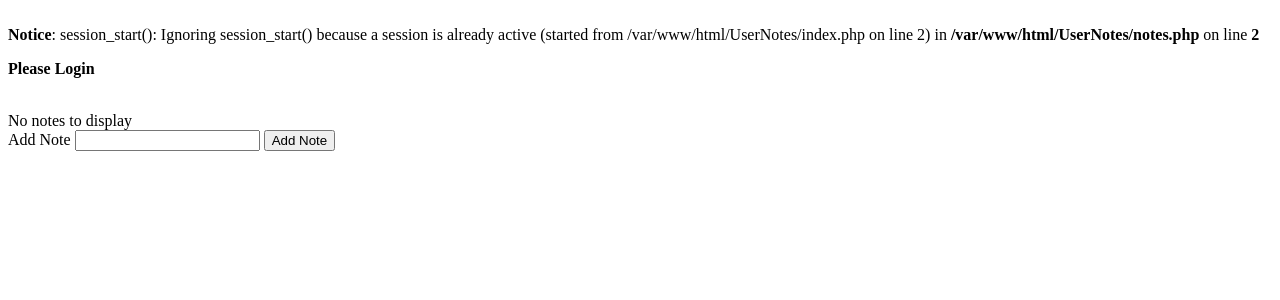
Repository: ramasubbaiya/PHP_Term_1_Course_Work
Page: http://localhost/UserNotes/index.php?do=new
An editor plug-in stored every save of this project. The page is shown before and after the next save, followed by the edit.
The browser window is 1280 px wide. The pictures show the whole page.
The page is run by PHP 8.4 with error messages shown; the project is at /var/www/html/. Queries for data that is not in the repository find no rows.

Above is the page before, as saved 2015-04-16 13:51:02.

After the next save:
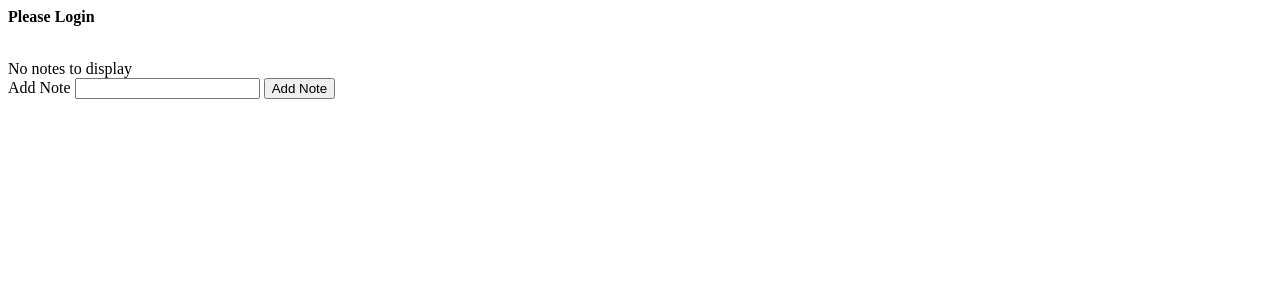
Saved 47 s later.
--- a/ZendStudio/Lambton/UserNotes/index.php
+++ b/ZendStudio/Lambton/UserNotes/index.php
@@ -1,5 +1,5 @@
 <?php
-session_start();
+
 
 /*
  * connect to the database
